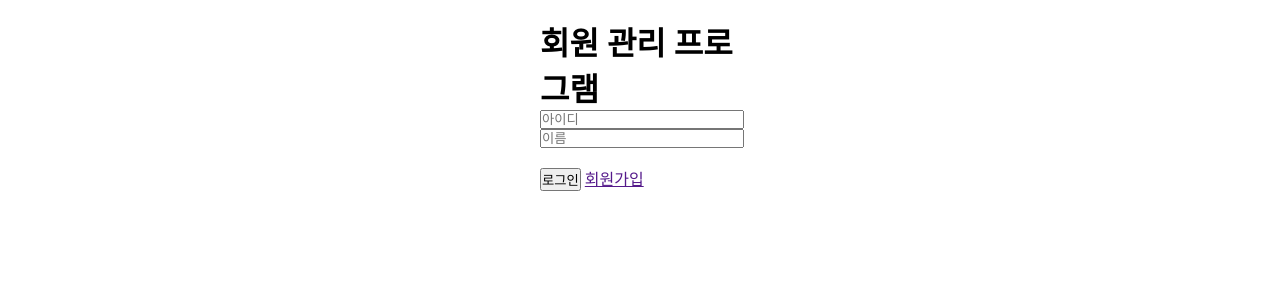
Repository: soeun1365/ServerProgram1
Page: http://localhost/ServerProgram1/login.jsp
An editor plug-in stored every save of this project. The page is shown before and after the next save, followed by the edit.
The browser window is 1280 px wide. The pictures show the whole page.
The page is served by Tomcat 9. Other server files are loaded and not shown.

Above is the page before, as saved 2021-06-14 06:29:38.

### ServerProgram1/WebContent/login.jsp
<%@ page language="java" contentType="text/html; charset=UTF-8"
    pageEncoding="UTF-8"%>
<!DOCTYPE html>
<html>
<head>
	<meta charset="UTF-8">
	<title>login</title>
	<style>
		*{
			padding: 0;
			margin: 0 auto;
		}
		form, input{
			width: 200px;
		}
	</style>
</head>
<body>

	<br>
	<form>

	<h1>회원 관리 프로그램</h1>
		<input type="text" placeholder="아이디"><br>
		<input type="text" placeholder="이름"><br>
		<br>
		<button>로그인</button>
		<a href="">회원가입</a>
	</form>
</body>
</html>

After the next save:
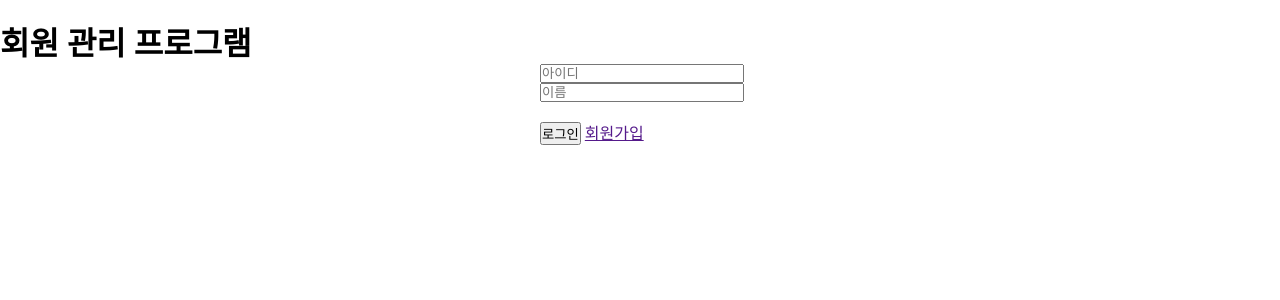
Saved 8 s later.
--- a/ServerProgram1/WebContent/login.jsp
+++ b/ServerProgram1/WebContent/login.jsp
@@ -18,9 +18,9 @@
 <body>
 
 	<br>
+	<h1>회원 관리 프로그램</h1>
 	<form>
 
-	<h1>회원 관리 프로그램</h1>
 		<input type="text" placeholder="아이디"><br>
 		<input type="text" placeholder="이름"><br>
 		<br>
